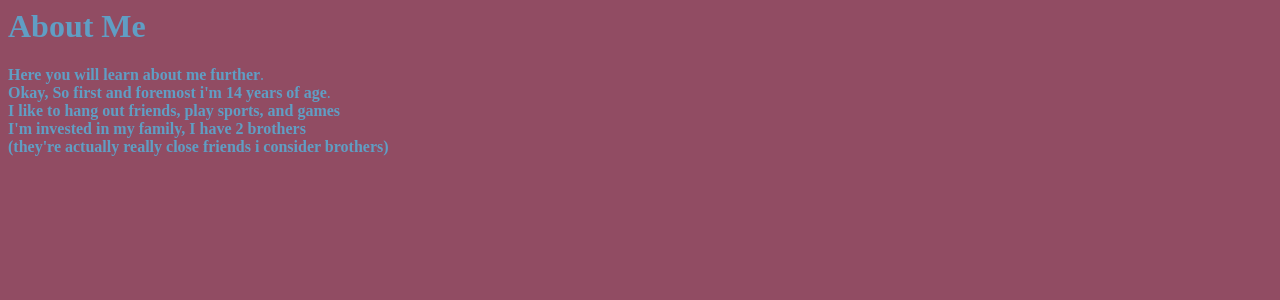
Repository: RyanGutierrez/RyanGutierrez.github.io
Page: about.html
The author's editor kept a record of every edit. The page is drawn from the files as they stood at one moment, then again after the next edit.
The browser window is 1280 px wide. The pictures show the whole page.

Above is the page before.

After the next edit:
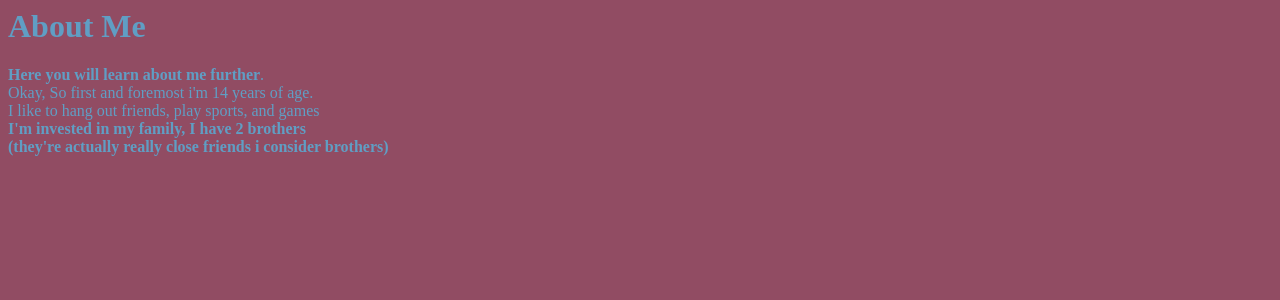
The edit:
--- a/about.html
+++ b/about.html
@@ -19,8 +19,8 @@
     <body>
         <h1>About Me</h1>
         <p><strong>Here you will learn about me further</strong>.<br>
-        <strong>Okay, So first and foremost i'm 14 years of age</strong>.<br>
-        <strong>I like to hang out friends, play sports, and games</strong><br>
+        Okay, So first and foremost i'm 14 years of age.<br>
+        I like to hang out friends, play sports, and games</strong><br>
         <strong>I'm invested in my family, I have 2 brothers</strong><br>
         <strong>(they're actually really close friends i consider brothers)</strong><br>
         <strong></strong></p>
